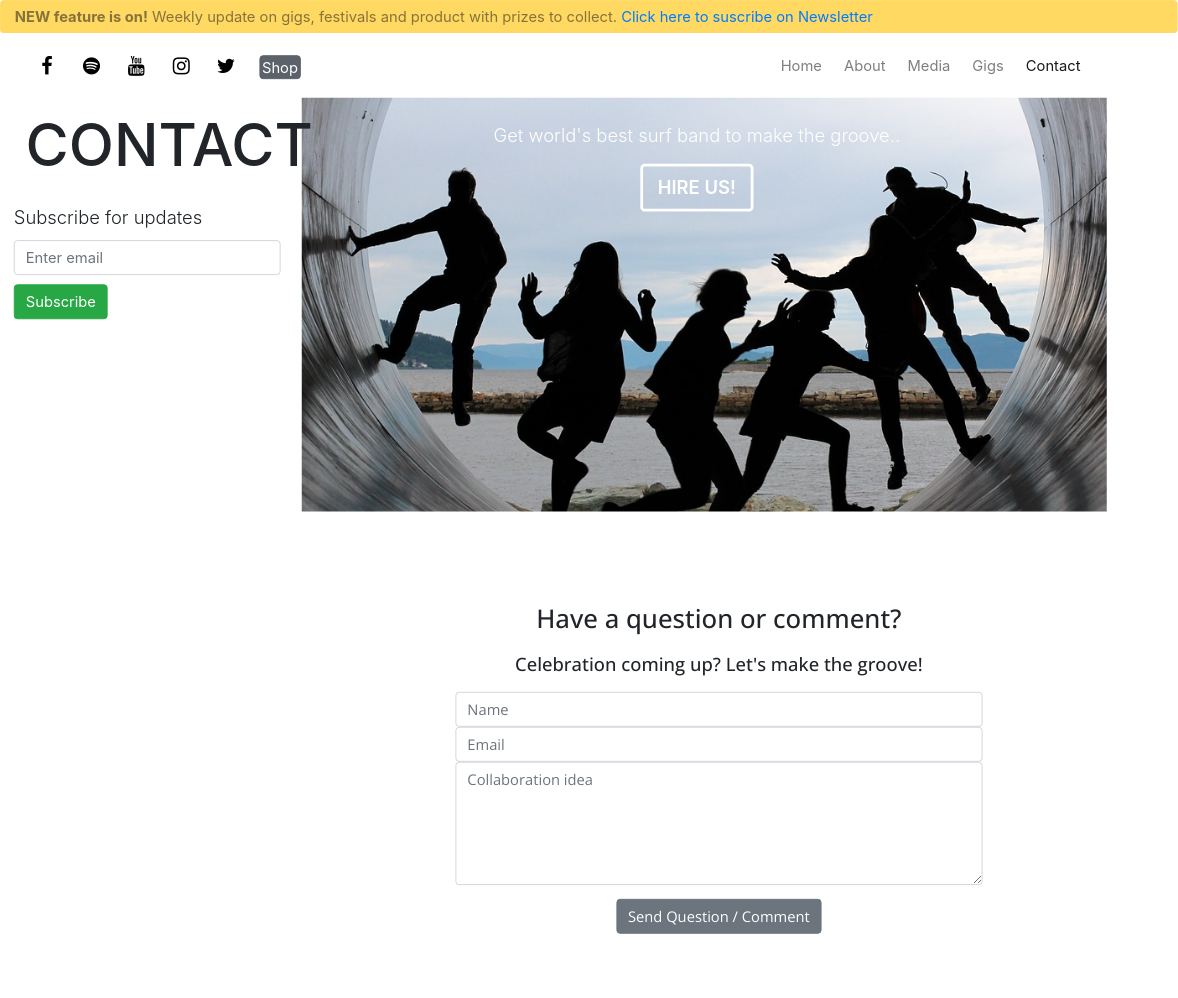
Repository: NamcorStudent/Stream_1_Project_HTML5-CSS3
Page: contact.html
The author's editor kept a record of every edit. The page is drawn from the files as they stood at one moment, then again after the next edit.
The browser window is 1280 px wide. The pictures show the whole page, at 92% of full size.
Some web libraries are served in a nearby version.

Above is the page before.

### contact.html
<!DOCTYPE html>
<html lang="en">

<head>
    <meta charset="UTF-8">
    <meta name="viewport" content="width=device-width, initial-scale=1.0">
    <meta http-equiv="X-UA-Compatible" content="ie=edge">
    <link rel="stylesheet" href="https://maxcdn.bootstrapcdn.com/bootstrap/4.2.1/css/bootstrap.min.css" type="text/css" />
    <link rel="stylesheet" href="https://maxcdn.bootstrapcdn.com/font-awesome/4.7.0/css/font-awesome.min.css" type="text/css" />
    <link rel="stylesheet" href="assets/css/style.css" type="text/css" />
    <title>The Bambi Molesters | Official</title>
</head>

<body>
    <!--Alert for subscription-->
    <div class="container-fluid alert-container">
        <div class="row d-none d-sm-block no-gutters">
            <div class="col-12">
                <div class="alert alert-warning">
                    <strong>NEW feature is on!</strong> Weekly update on gigs, festivals and product with prizes to collect. <a href="#" data-toggle="modal" data-target="#subscribeModal">Click here to suscribe on Newsletter</a>
                </div>
            </div>
        </div>
    </div>
    <!--Social & Nav-->
    <div class="container-fluid nav-wrapper">
        <nav class="navbar navbar-light navbar-expand-sm">
            <div class="social-links mr-auto">
                <ul class="list-inline social-links">
                    <li class="list-inline-item">
                        <a target="_blank" href="https://www.facebook.com/pages/category/Musician-Band/The-Bambi-Molesters-10150106968535328/">
                            <i class="fa fa-facebook" aria-hidden="true"></i>
                            <span class="sr-only">Facebook</span>
                        </a>
                    </li>
                    <li class="list-inline-item">
                        <a target="_blank" href="https://open.spotify.com/artist/1dRGueaS4tR1zmizinwXbx">
                            <i class="fa fa-spotify" aria-hidden="true"></i>
                            <span class="sr-only">Spotify</span>
                        </a>
                    </li>
                    <li class="list-inline-item">
                        <a target="_blank" href="https://www.youtube.com/user/bambimolesters">
                            <i class="fa fa-youtube" aria-hidden="true"></i>
                            <span class="sr-only">YouTube</span>
                        </a>
                    </li>
                    <li class="list-inline-item">
                        <a target="_blank" href="https://www.instagram.com/explore/tags/bambimolesters/">
                            <i class="fa fa-instagram" aria-hidden="true"></i>
                            <span class="sr-only">Instagram</span>
                        </a>
                    </li>
                    <li class="list-inline-item">
                        <a target="_blank" href="https://twitter.com/bambimolesters?lang=en">
                            <i class="fa fa-twitter" aria-hidden="true"></i>
                            <span class="sr-only">Twitter</span>
                        </a>
                    </li>
                    <li class="list-inline-item">
                        <a target="_blank" href="https://www.discogs.com/artist/342698-The-Bambi-Molesters">
                            <button class="btn btn-dark" aria-hidden="true">Shop</button>
                            <span class="sr-only">Shop</span>
                        </a>
                    </li>
                </ul>
            </div>
            <!-- Collaps Nav-Same container as nav-->

            <button class="navbar-toggler" type="button" data-toggle="collapse" data-target="#navbarTogglerDropdown" aria-controls="navbarTogglerDemo02" aria-expanded="false" aria-label="Toggle navigation">
            <span class="navbar-toggler-icon"></span>
            </button>
            <div class="collapse navbar-collapse" id="navbarTogglerDropdown">
                <ul class="navbar-nav ml-auto">
                    <li class="nav-item mr-2"><a class="nav-link" href="index.html">Home</a></li>
                    <li class="nav-item mr-2"><a class="nav-link" href="about.html">About</a></li>
                    <li class=" nav-item mr-2"><a class="nav-link" href="media.html">Media</a></li>
                    <li class="nav-item mr-2"><a class="nav-link" href="gigs.html">Gigs</a></li>
                    <li class="active nav-item mr-2"><a class="nav-link" href="contact.html">Contact</a></li>
                    <li class="nav-item mr-2 d-block d-sm-none"><a class="nav-link btn btn-success" href="#" data-toggle="modal" data-target="#subscribeModal">Click to suscribe on Newsletter!!!</a></li>
                </ul>
            </div>
        </nav>
    </div>
    <!-- Callout & BG Image-->
    <div class="container-fluid callout-container">
        <div class="row">
            <div class="col-3 page-title">
                <h1><span>Contact</span></h1>
                <div class="subscribe-call d-none d-sm-block">
                    <p class="lead">Subscribe for updates</p>
                    <input type="email" class="form-control" id="InputEmail" aria-describedby="emailHelp" placeholder="Enter email">
                     <button type="submit" class="btn btn-success">Subscribe</button>
                </div>
            </div>
            <div class="col-12 hero-image">
                <div class="row ">
                    <div class="col">
                        <div class="jumbotron text-center">
                            <h6 class="d-block d-sm-none">Special occasion comming up?</h6>
                            <p class="lead d-none d-sm-block">Get world's best surf band to make the groove..</p>
                            <p><button class="btn btn-lg btn-success btn-cta" data-toggle="modal" data-target="#signUpModal">Hire us!</button></p>
                        </div>
                    </div>
                </div>
                <a href="index.html"><img src="assets/images/contact960x592.jpg"></img></a>
            </div>
        </div>
    </div>


    <!--Content unique to the page-->
    <div class="conteiner-fluid page-content-container">
        <div class="row">
            <div class="col-sm-3" id="band-selection">
                <div class="subscribe-call d-sm-none">
                    <p class="lead">Subscribe for updates</p>
                    <input type="email" class="form-control" id="InputEmail" aria-describedby="emailHelp" placeholder="Enter email">
                     <button type="submit" class="btn btn-success">Subscribe</button>
                </div>
            </div>
        </div>
        <div class="row media-material gigs-material">
            <div class="col band-bio-container media-content-container" id="band-bio">
                <div class="row gigs-content">
                    <div class="col gigs-schedule">
                     <!--   <h2 id="video" class="media-sub-heading">Write to us</h2>  -->
                        <div class="row gigs-content contact-form">
                            <div class="d-none d-sm-block col-sm-3">
                            </div>
                            <div class="col-sm-9">
                                <div class="row bg-color-contact">
                                    <div class="col">
                                        <h3 class="contact-heading uppercase text-center">Have a question or comment?</h3>
                                        <h5 class="uppercase text-center">Celebration coming up? Let's make the groove!</h5>

                                        <div class="center-form">
                                            <form>
                                                <input type="text" name="name" id="fullname" class="form-control" placeholder="Name" required />
                                                <input type="email" name="email" id="emailaddress" class="form-control" placeholder="Email" required />
                                                <textarea rows="5" name="collaborationSummary" id="collaborationSummary" class="form-control" placeholder="Collaboration idea" required></textarea>
                                                <div class="form-row text-center">
                                                    <div class="col">
                                                        <button type="submit" class="btn btn-secondary btn-submit-form">Send Question / Comment</button>
                                                    </div>
                                                </div>
                                            </form>
                                        </div>

                                    </div>
                                </div>
                            </div>
                        </div>

                    </div>
                </div>
            </div>

        </div>

        <!---Modal for subscription-->
        <div class="modal" tabindex="-1" role="dialog" id="subscribeModal">
            <div class="modal-dialog" role="document">
                <div class="modal-content">
                    <div class="modal-header">
                        <h5 class="modal-title">Subscribe to New TBM Newsletter!</h5>
                        <button type="button" class="close" data-dismiss="modal" aria-label="Close">
          <span aria-hidden="true">&times;</span>
        </button>
                    </div>
                    <div class="modal-body">
                        <p>Updates on gigs, prizes and uniquie band products;)</p>
                        <hr>
                        <form>
                            <div class="form-group">
                                <label for="InputEmail">Email address</label>
                                <input type="email" class="form-control" id="InputEmail" aria-describedby="emailHelp" placeholder="Enter email">
                                <small id="emailHelp" class="form-text text-muted">We'll never share your email with anyone else.</small>
                            </div>
                            <div class="form-group">
                                <label for="VerifyEmail">Verefy Email address</label>
                                <input type="email" class="form-control" id="VerifyEmail" aria-describedby="VerifyEmail" placeholder="Verify email">
                                <small id="emailHelp" class="form-text text-muted">You may un-suscribe at any moment. Details in Confiramtion Email.</small>
                            </div>
                            <button type="submit" class="btn btn-success">Subscribe</button>
                        </form>
                    </div>
                </div>
            </div>
        </div>

        <script src="https://code.jquery.com/jquery-3.3.1.slim.min.js" integrity="sha384-q8i/X+965DzO0rT7abK41JStQIAqVgRVzpbzo5smXKp4YfRvH+8abtTE1Pi6jizo" crossorigin="anonymous"></script>
        <script src="https://cdnjs.cloudflare.com/ajax/libs/popper.js/1.14.7/umd/popper.min.js" integrity="sha384-UO2eT0CpHqdSJQ6hJty5KVphtPhzWj9WO1clHTMGa3JDZwrnQq4sF86dIHNDz0W1" crossorigin="anonymous"></script>
        <script src="https://stackpath.bootstrapcdn.com/bootstrap/4.3.1/js/bootstrap.min.js" integrity="sha384-JjSmVgyd0p3pXB1rRibZUAYoIIy6OrQ6VrjIEaFf/nJGzIxFDsf4x0xIM+B07jRM" crossorigin="anonymous"></script>

        <script src="js/jquery.js"></script>
        <script src="js/main.js"></script>
</body>

</html>

### assets/css/style.css
@import url('https://fonts.googleapis.com/css?family=Open+Sans:100,200,300,400,500,600,700,800,900 | Ubuntu: 100,200,300,400,500,600,700,800,900');

/* ---------------------------------------GENERAL CONTENT */

/* Alert */

.alert-container {
    padding: 0;
    margin: 0;
    border: 0;
}

.alert-warning {
    margin: 0;
    padding: 5px 15px;
    color: #86733b;
    background-color: #ffd962;
    border-color: #ffd962;
}

/* Social */

.navbar .social-links li a i {
    margin: 0;
    width: 25px;
    height: 25px;
    padding: 12px 0;
    border-radius: 20%;
    line-height: 1px;
    text-align: center;
    vertical-align: center;
    color: #000;
    background: #fff;
    transition: all 0.35s ease-in-out;
    -moz-transition: all 0.35s ease-in-out;
    -webkit-transition: all 0.35s ease-in-out;
    -o-transition: all 0.35s ease-in-out;
}


.list-inline{
    margin: 0;
    font-size: 1.35rem;
}

.list-inline-item:not(:last-child) {
    margin-right: 1.1rem;
}

.btn-dark {
    color: #fff;
    background-color: #5c6269;
    border-color: #5c6269;
    padding: 0 2px;
    display: block;
}

/* Navigation */

.nav-wrapper{
    position: relative;
    top: 0;
    left: 0;
    padding-left: 0;
    padding-right: 0;
}

.nav {
    background-color: #fff;
}

.navbar{
    margin-bottom: 0;
    border: 0;
    width: 100%;
    background-color: #fff;
    padding-right: 7%;
    padding-left: 3%;
    height: 70px;

}

.navbar .navbar-nav a{
    padding: 0 30px;
}


/* Page title */

.row .page-title{
    position: absolute;
    z-index: 1;
}

.offset-span{
    margin-left: 6.4vw;
}

.row .page-title h1{
    font-size: 5vw;
    margin-top: 1vw;
    margin-left: 1vw;
    text-transform: uppercase;
}

/* Jumbotron and Image */
.callout-container {
    /*height: 80vh;*/
    max-height: 450px;
    overflow: hidden;
}

.jumbotron,
.callout-container img {
    width: 70%;
    margin-left: 25%;
}

.hero-image {
    position: relative;
    left: 0;
}

.jumbotron{
    position: absolute;
    background-color: transparent;
    color: #fff;
    margin-left: 23vw;
    padding-top: 2vw;
}

.btn-cta{
    background-color: transparent;
    border: 3px solid #fff;
    text-transform: uppercase;
    font-weight: 600;
    transition: all 0.35s ease-in-out;
    -moz-transition: all 0.35s ease-in-out;
    -webkit-transition: all 0.35s ease-in-out;
    -o-transition: all 0.35s ease-in-out;
}

/* Hover */

.social-links li a i:hover{
    background-color: #000;
    color: #fff;
}

#navbarTogglerDropdown > ul > li:hover{
    font-weight: 500;
}

.btn-cta:hover,
.btn-cta:active,
.btn-cta:focus,
.btn-cta:active:focus {
    background-color: rgba(0,0,0,0.4);
    border-color: #ffd962 ;
    color: #ffd962;
    box-shadow: none;
}

/* Media Query for Moblie */

@media (max-width:575px){
#navbarTogglerDropdown {
    background-color: #fff;
    z-index: 1;
    width: 100vw;
    height: 100vh;
    text-align: center;
    text-transform: uppercase;
    }

.list-inline .social-links{
    font-size: 1.35rem;
    }

.social-links .list-inline .list-inline-item{
    margin-right: 0.3rem;
}

#navbarTogglerDropdown > ul > li{
    margin-top: 12%;
    font-size: 20px;
    letter-spacing: 4px;
    }

.quotes .blockquote p{
    margin-top: 6vw;
    }

.btn-outline-secondary{
    margin-bottom: 6vw;
    }

.conteiner-fluid.page-content-container{
    margin-top: 25px;
    }

.media-sub-heading{
    margin: 15px 0px;
}

}

/* ------------------------------------ CONTENT UNIQUE TO PAGE */

.page-content-container{
    margin: 0 7%;
    font-family: "Open Sans", sans-serif;
    margin-top: 50px;
}

.list-group-item{
        display: flow-root;
}

/* About */
.band-members > a > i,
#band-selection > .list-group.band-memebers > a > i{
    float: right;
}

.quotes{
    font-family: "ubuntu", sans-serif;
    color: #61bebf;
}

.quotes .blockquote{
    margin-top: 3vw;
    font-size: 1.40rem;
}

.btn-outline-secondary{
    margin-bottom: 3vw;
}

.band-bio-container{
    text-align: justify;
}

/* Media */
.media-content-conteiner{
    margin-bottom: 50px;
}

.video-title{
    text-transform: uppercase;
    text-align: left;
    padding: 5px 10px 0px;
}
.music-column p,
.video-column p{
    text-align: right;
}

.music-column .label-name,
.video-column .video-director-name{
    text-transform: uppercase;
}

hr.video-divider{
    border-top: 1px solid #333;
}


/*------------------MUSIC PLAYER---------------------------------*/
.clearfix,
#music-player-container,
#audio-info,
.cover,
button{
    margin: 0;
    padding: 0;
    border: none;
    outline: none;
}

.clearfix{
	clear:both;
}

#music-player-container{
	font-size:13px;
	line-height:1.5em;
	color:#fff;
	max-width: 330px;
	min-height:400px;
	background:#333;
	overflow:auto;
	margin:25px auto;
	-moz-border-radius:10px;
	-webkit-border-radius:10px;
	border-radius:10px;
	border:#666 solid 2px;

}

#audio-image{
	position:relative;
	overflow:hidden;
	height:200px;
	margin-bottom:15px;
}

#audio-info{
	text-align:center;
}

#audio-info .artist{
	font-weight:bold;
}

.cover{
	width:100%;
	z-index:1;
}

input#volume {
	width:95%;
	margin-left:2%;
    -webkit-appearance: none !important;
    background:#ccc;
    height:1px;
	margin-bottom:20px;
}
input#volume::-webkit-slider-thumb {
    -webkit-appearance: none !important;
    background:url(../images/musicPlayerImg/knob.png) no-repeat;
    height:12px;
    width:12px;
}

#buttons{
	width:90%;
	display: block;
    margin: 15px auto;
	margin-left:23px;
	overflow:auto;
}


button#play{
	width:70px;
	height:70px;
	background:url(../images/musicPlayerImg/play.png) no-repeat;float:left;
}

button#pause{
	width:70px;
	height:70px;
	background:url(../images/musicPlayerImg/pause.png) no-repeat;float:left;
}

button#stop{
	width:70px;
	height:70px;
	background:url(../images/musicPlayerImg/stop.png) no-repeat;float:left;
}

button#prev{
	min-width:65px;
	height:70px;
	background:url(../images/musicPlayerImg/prev.png) no-repeat;
	float:left;
	margin-top:15px;
}

button#next{
	min-width:65px;
	height:70px;
	background:url(../images/musicPlayerImg/next.png) no-repeat;
	float:right;
	margin-top:15px;
}

#playlist {
    list-style-type: none;
	padding:10px;
}

#playlist li {
    cursor: pointer;
    margin:5px;
}

#tracker{
	position:relative;
	width:100%;
}

#playlist li.active {
    font-weight: bold;
	padding:3px;
	background:#666;
}

#progressBar {
   width:80%;
   margin-left:2%;
   margin-bottom:20px;
   margin-top:9px;
   height:10px;
   background:url(../images/musicPlayerImg/progress_bg.png) no-repeat;
   float:left;
}

#progress {
   background:url(../images/musicPlayerImg/progress.png) no-repeat;
   height:10px;
   display:inline-block;
}

#duration{
	position:absolute;
	top:0;
	right:10px;
	padding:4px 8px;
	background:#000;
	border-radius:5px;
}

/*---------------/MUSIC PLAYER STYLING OVER--------------------*/

/*gallery*/
.gallery-row{
  margin: 15px;
}


/*-------------------------------------------GIGS---------------------------------*/
.gigs-content{
    margin-top: 25px;
    margin-bottom: 25px;
}

.gigs-dates{
    align-items: baseline;
    display: border-box;
    padding: 0 20px;
}
.gigs-info .gigs-day{
    font-size: 1rem;
}

.gigs-info{
    display: border-box;
    padding: 2px 15px;
}

.gigs-info.tickets-btn-center{
    text-align: center;
}

.gigs-info a button{
    width: 200px;

}

.btn-tickets{
    color: #000;
    background-color: transparent;
    border: 1px solid #000;
    transition: all 0.35s ease-in-out;
    -moz-transition: all 0.5s ease-in-out;
    -webkit-transition: all 0.5s ease-in-out;
    -o-transition: all 0.5s ease-in-out;
}

.btn-tickets:hover,
.btn-tickets:active,
.btn-tickets:focus,
.btn-tickets:active:focus{
    box-shadow: none;
    color: #fff;
    background-color: #000;
    border: 1px solid #000;
}

/*------------------------------------------CONTACT--------------------------*/

.contact-heading {
    margin-bottom: 20px;
}

.center-form {
    padding-top: 10px;
    margin: 0 auto;
    max-width: 70%;
}

.btn-submit-form {
    margin-top: 15px;
    margin-bottom: 20px;

}

.subscribe-call{
    margin-top: 25px;
}

.subscribe-call>button{
    margin-top: 10px;
}

.subscribe-call>p {
    margin-bottom: 10px;
}

.contact-page-content-conteiner{
    margin-top: 0;
}

### assets/js/main.js
var audio;

//Hide Pause Initially
$('#pause').hide();

//Initializer - Play First Song
initAudio($('#playlist li:first-child'));

function initAudio(element){
	var song = element.attr('song');
    var title = element.text();
    var cover = element.attr('cover');
    var artist = element.attr('artist');

	//Create a New Audio Object
	audio = new Audio('assets/audio/playOutOfTune/' + song);

	if(!audio.currentTime){
		$('#duration').html('0.00');
	}

	$('#audio-player .title').text(title);
    $('#audio-player .artist').text(artist);

	//Insert Cover Image
	$('img.cover').attr('src','assets/images/musicPlayerImg/covers/' + cover);

	$('#playlist li').removeClass('active');
    element.addClass('active');
}


//Play Button
$('#play').click(function(){
	audio.play();
	$('#play').hide();
	$('#pause').show();
	$('#duration').fadeIn(400);
	showDuration();
});

//Pause Button
$('#pause').click(function(){
	audio.pause();
	$('#pause').hide();
	$('#play').show();
});

//Stop Button
$('#stop').click(function(){
	audio.pause();
	audio.currentTime = 0;
	$('#pause').hide();
	$('#play').show();
	$('#duration').fadeOut(400);
});

//Next Button
$('#next').click(function(){
    audio.pause();
    var next = $('#playlist li.active').next();
    if (next.length == 0) {
        next = $('#playlist li:first-child');
    }
    initAudio(next);
	audio.play();
	showDuration();
});

//Prev Button
$('#prev').click(function(){
    audio.pause();
    var prev = $('#playlist li.active').prev();
    if (prev.length == 0) {
        prev = $('#playlist li:last-child');
    }
    initAudio(prev);
	audio.play();
	showDuration();
});

//Playlist Song Click
$('#playlist li').click(function () {
    audio.pause();
    initAudio($(this));
	$('#play').hide();
	$('#pause').show();
	$('#duration').fadeIn(400);
	audio.play();
	showDuration();
});

//Volume Control
$('#volume').change(function(){
	audio.volume = parseFloat(this.value / 10);
});

//Time Duration
function showDuration(){
	$(audio).bind('timeupdate', function(){
		//Get hours and minutes
		var s = parseInt(audio.currentTime % 60);
		var m = parseInt((audio.currentTime / 60) % 60);
		//Add 0 if seconds less than 10
		if (s < 10) {
			s = '0' + s;
		}
		$('#duration').html(m + '.' + s);
		var value = 0;
		if (audio.currentTime > 0) {
			value = Math.floor((100 / audio.duration) * audio.currentTime);
		}
		$('#progress').css('width',value+'%');
	});
}

Loaded but not shown: assets/js/jquery.js (library)

After the next edit:
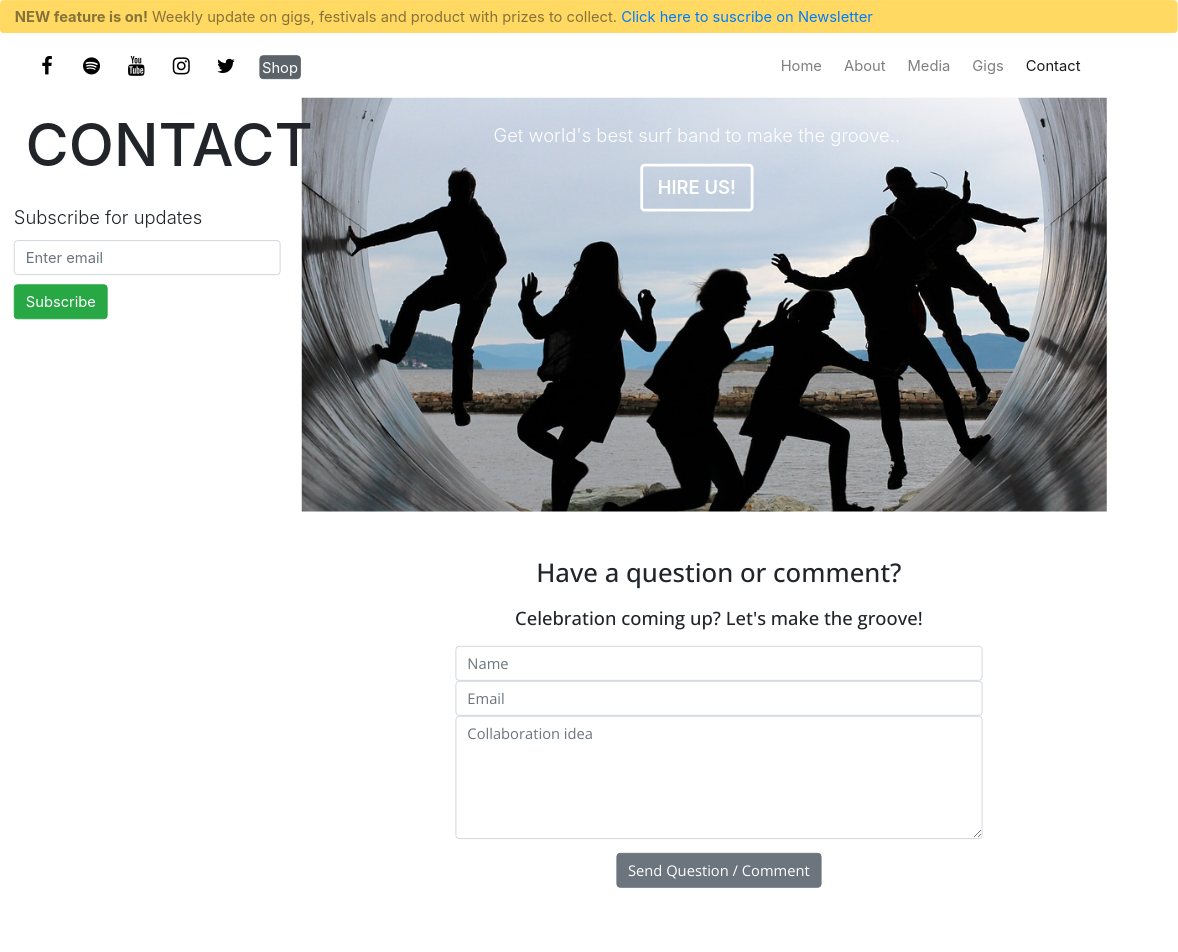
The edit:
--- a/contact.html
+++ b/contact.html
@@ -110,7 +110,7 @@
 
 
     <!--Content unique to the page-->
-    <div class="conteiner-fluid page-content-container">
+    <div class="conteiner-fluid page-content-container contact-page-content-conteiner">
         <div class="row">
             <div class="col-sm-3" id="band-selection">
                 <div class="subscribe-call d-sm-none">
